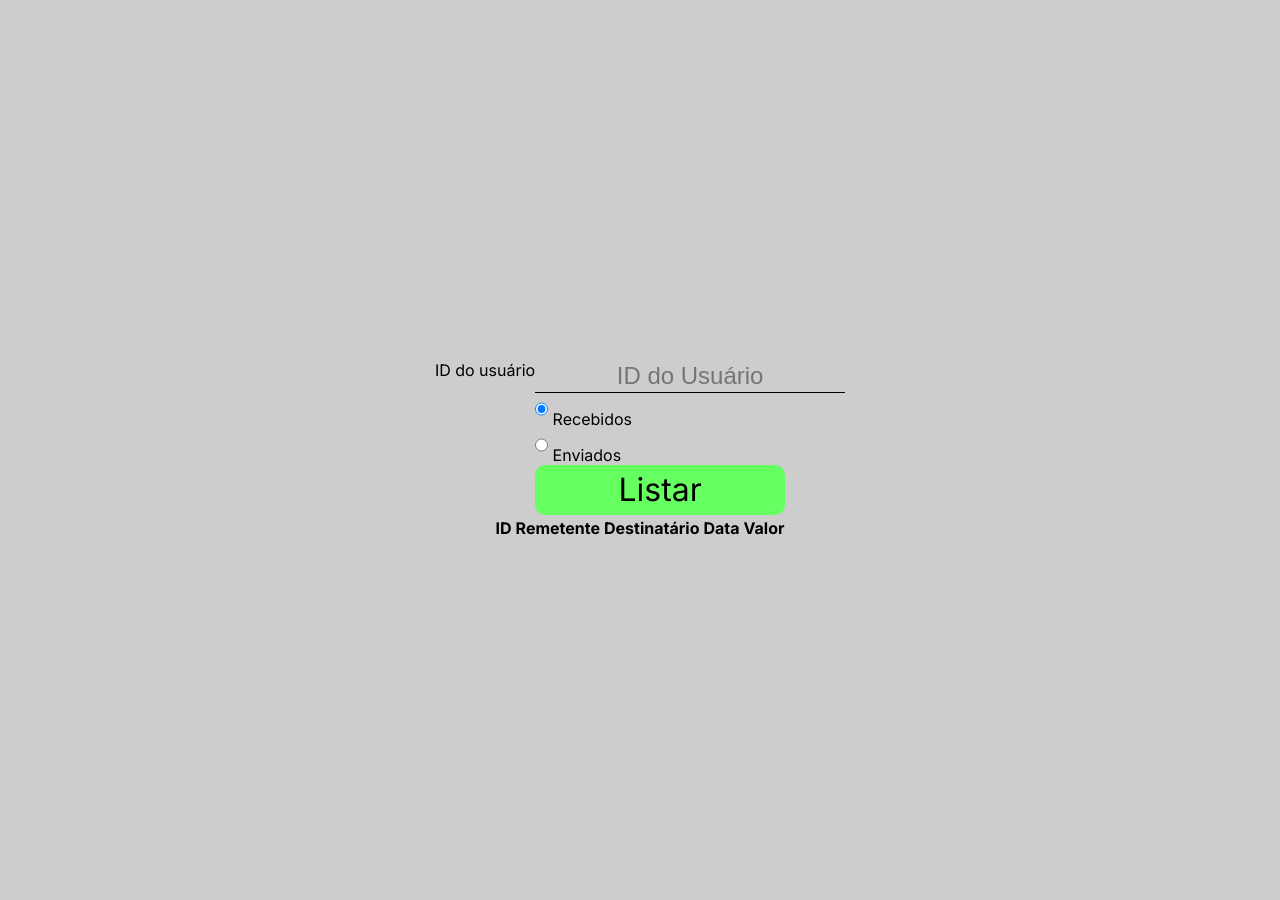
Repository: mateusilva8/tarefa-pix
Page: frontend/index.html
These files come from the project's save history. The page is drawn as it stood at one moment and after the next save; the edit follows.
The browser window is 1280 px wide. The pictures show the whole page.

Above is the page before, as saved 2023-10-22 14:44:59.

After the next save:
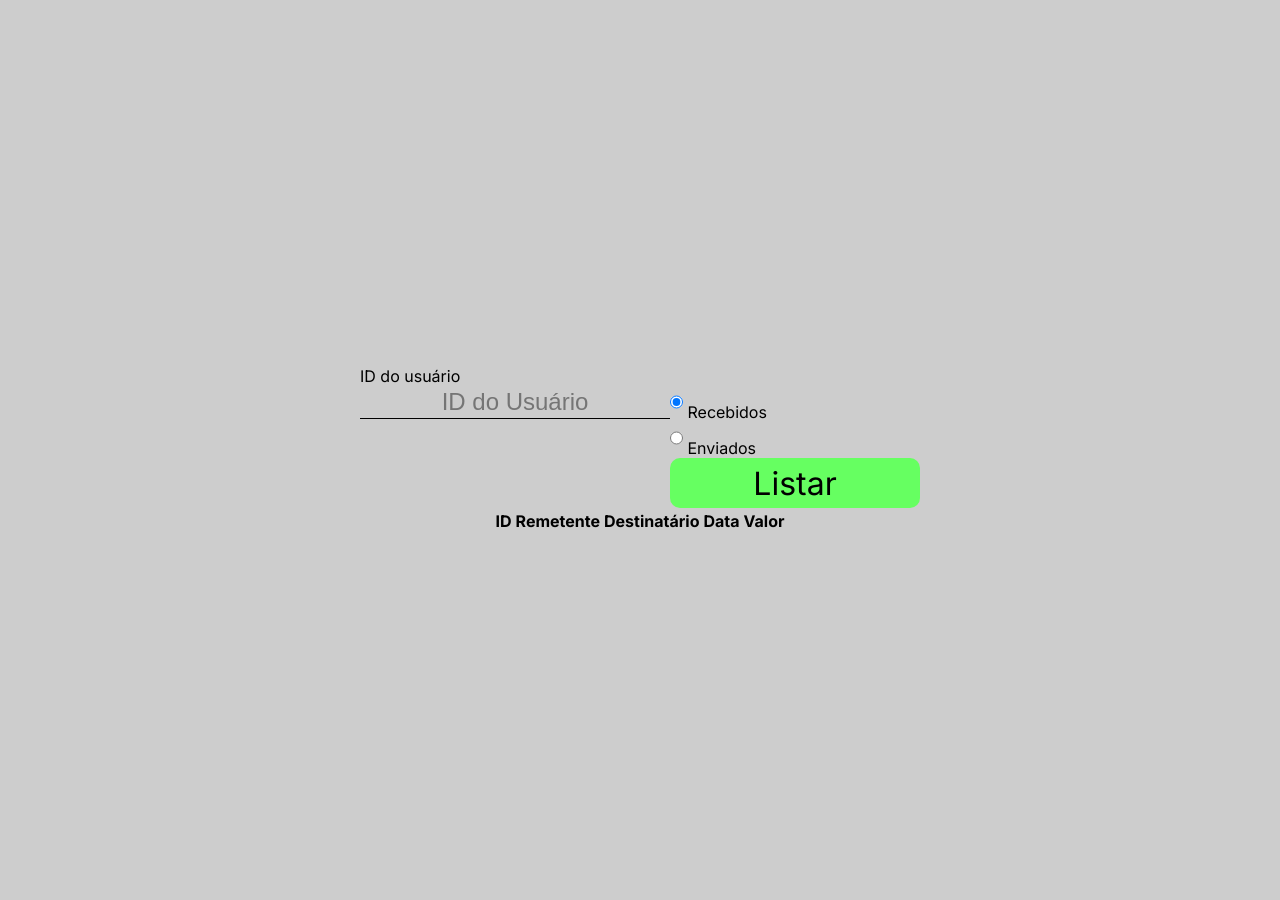
Saved 42 s later.
--- a/frontend/css/index.css
+++ b/frontend/css/index.css
@@ -15,7 +15,7 @@ body {
     align-items: center;
 }
 
-.formulario {
+.formulario-body {
     display: flex;
     flex-direction: row;
 }
